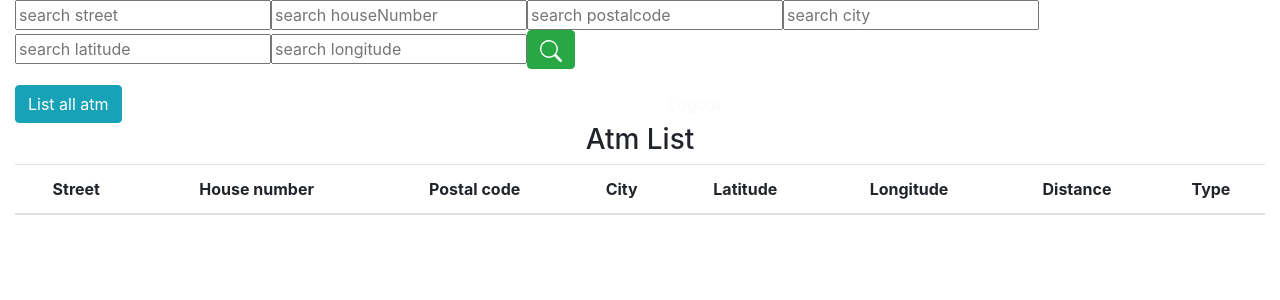
Repository: alessio-dommidommi/test-atmWeb
Page: http://localhost/listAtm
The author's editor kept a copy of each file at every save. The page is drawn from the files as they stood at one save, then again after the next save.
The browser window is 1280 px wide. The pictures show the whole page.
The page is this project's Thymeleaf template; nobody is signed in. The template is opened directly, without the code that normally fills it, so the values that code supplies are empty.

Above is the page before, as saved 2021-03-02 15:28:10.

### AtmWeb.zip_expanded/AtmWeb/src/main/resources/templates/listAtm.html
<!DOCTYPE html>
<html lang="it-it">
<head>
    <meta charset="utf-8">
    <meta name="viewport" content="width=device-width, initial-scale=1">
    <link rel="stylesheet" href="https://cdn.jsdelivr.net/npm/bootstrap@4.5.3/dist/css/bootstrap.min.css" integrity="sha384-TX8t27EcRE3e/ihU7zmQxVncDAy5uIKz4rEkgIXeMed4M0jlfIDPvg6uqKI2xXr2" crossorigin="anonymous">
    <script src="https://code.jquery.com/jquery-3.5.1.slim.min.js" integrity="sha384-DfXdz2htPH0lsSSs5nCTpuj/zy4C+OGpamoFVy38MVBnE+IbbVYUew+OrCXaRkfj" crossorigin="anonymous"></script>
    <script src="https://cdn.jsdelivr.net/npm/bootstrap@4.5.3/dist/js/bootstrap.bundle.min.js" integrity="sha384-ho+j7jyWK8fNQe+A12Hb8AhRq26LrZ/JpcUGGOn+Y7RsweNrtN/tE3MoK7ZeZDyx" crossorigin="anonymous"></script>



</head>
<body>


<div class="container-fluid">
  <div class="row">

      <div class="col-sm-12">
            <div class="text-right ">
              <form th:action="@{/searchAtm}"  th:method="post" th:object="${searchAtm}">
                <div class="form-group form-inline">
                  <input type="text" placeholder="search street" th:field="${searchAtm.address.street}" >
                  <input type="text" placeholder="search houseNumber" th:field="${searchAtm.address.housenumber}">
                  <input type="text" placeholder="search postalcode" th:field="${searchAtm.address.postalcode}" >
                  <input type="text" placeholder="search city" th:field="${searchAtm.address.city}" >
                  <input type="text" placeholder="search latitude" th:field="${searchAtm.address.geoLocation.lat}" >
                  <input type="text" placeholder="search longitude" th:field="${searchAtm.address.geoLocation.lng}" >

                  <button type="submit" class="btn btn-success " >
                    <svg xmlns="http://www.w3.org/2000/svg" width="22" height="22" fill="currentColor" class="bi bi-search" viewBox="0 0 16 16">
                      <path d="M11.742 10.344a6.5 6.5 0 1 0-1.397 1.398h-.001c.03.04.062.078.098.115l3.85 3.85a1 1 0 0 0 1.415-1.414l-3.85-3.85a1.007 1.007 0 0 0-.115-.1zM12 6.5a5.5 5.5 0 1 1-11 0 5.5 5.5 0 0 1 11 0z"/>
                    </svg>
                  </button>
                </div>

              </form>
            </div>
          </div>

  </div>
  <div class="row">
    <div class="col-sm-6">
       <a th:href="@{/atms}" class="btn btn-info" role="button">List all atm </a>
    </div>
    <div class="col-sm-6">
       <form th:action="@{/logout}" method="post">
		 <button type="submit" class="btn text-light" > Logout </button>
       </form>
    </div>
  </div>


  <div class="row">
    <div class="col-sm-12 text-center">
      <h3 >Atm List </h3>
    </div>
  </div>

  <div class="row">

              <div class="col-sm-12 text-center">
                <div class="table-responsive">
                    <table class="table table-striped">
                      <thead class="thead">
                         <tr>
                           <th scope="col">Street</th>
                           <th scope="col">House number</th>
                           <th scope="col">Postal code</th>
                           <th scope="col">City</th>
                           <th scope="col">Latitude</th>
                           <th scope="col">Longitude </th>
                           <th scope="col">Distance </th>
                           <th scope="col">Type </th>
                         </tr>
                       </thead>
                       <tbody>
                         <tr th:each="atm : ${listAtm}">

                           <td th:text="${atm.address.street}">  </td>
                           <td th:text="${atm.address.housenumber}">  </td>
                           <td th:text="${atm.address.postalcode}">  </td>
                           <td th:text="${atm.address.city}">  </td>
                           <td th:text="${atm.address.geoLocation.lat}">  </td>
                           <td th:text="${atm.address.geoLocation.lng}">  </td>
                           <td th:text="${atm.distance}">  </td>
                           <td th:text="${atm.type}">  </td>

                         </tr>
                      </tbody>
                    </table>
                </div>
              </div>

        </div>

</div>





</body>
</html>

After the next save:
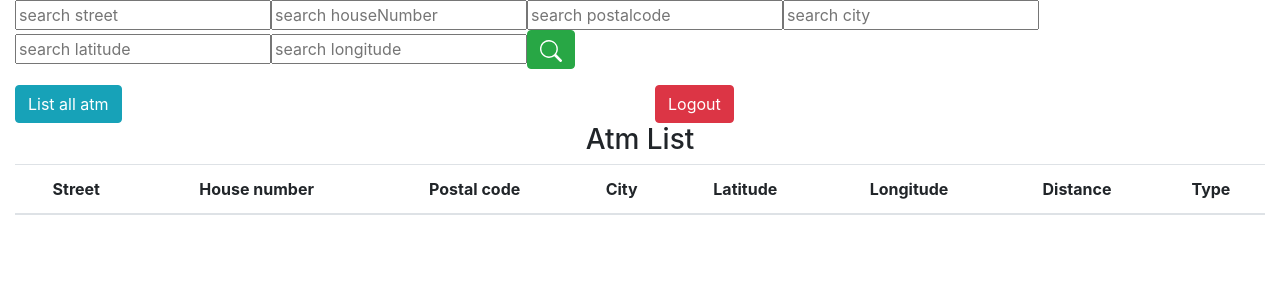
Saved 55 s later.
--- a/AtmWeb.zip_expanded/AtmWeb/src/main/resources/templates/listAtm.html
+++ b/AtmWeb.zip_expanded/AtmWeb/src/main/resources/templates/listAtm.html
@@ -45,7 +45,7 @@
     </div>
     <div class="col-sm-6">
        <form th:action="@{/logout}" method="post">
-		 <button type="submit" class="btn text-light" > Logout </button>
+		 <button type="submit" class="btn btn-danger" > Logout </button>
        </form>
     </div>
   </div>
